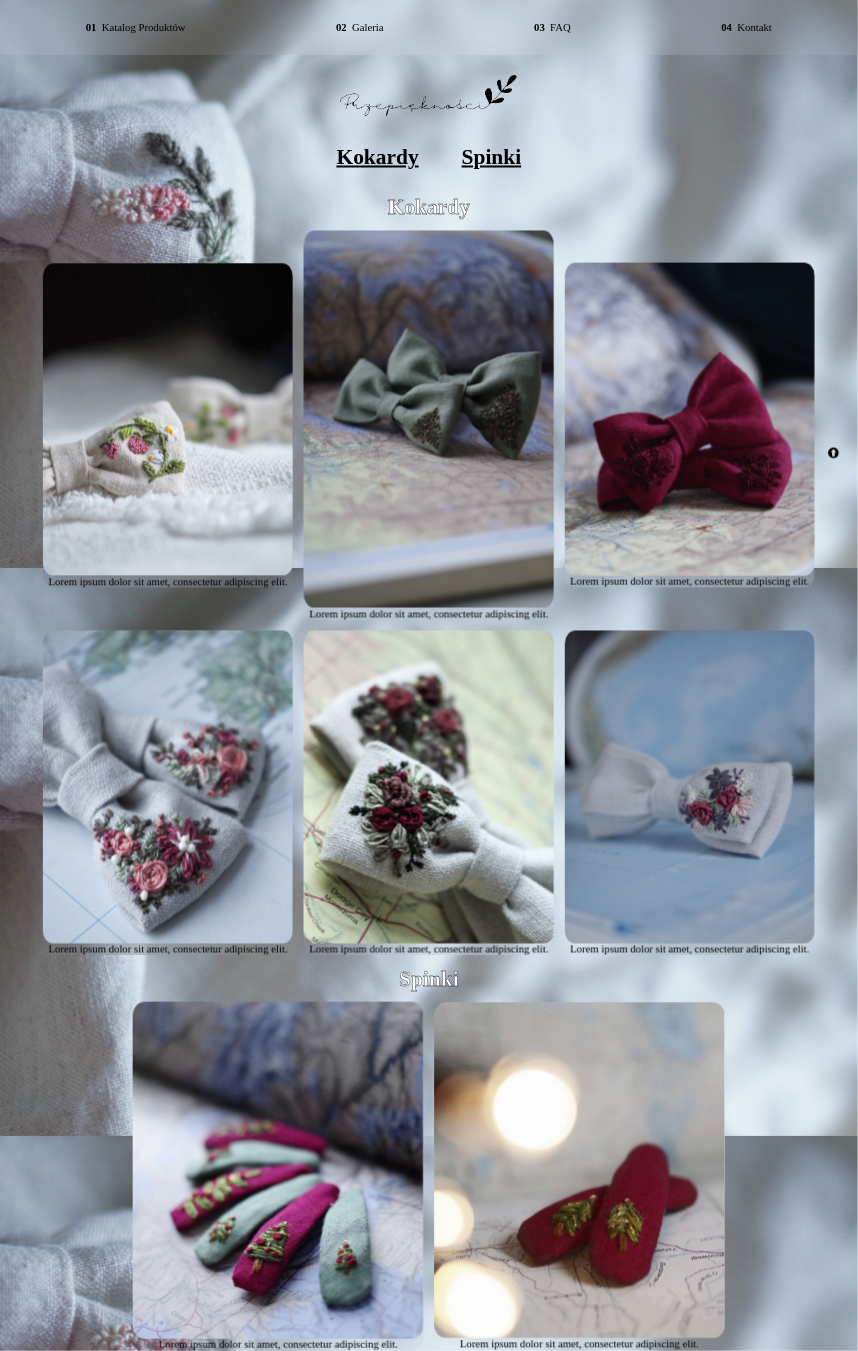
Repository: kowalkos/Rak_projekt
Page: /produkty
These files come from the project's save history. The page is drawn as it stood at one moment and after the next save; the edit follows.
The browser window is 1280 px wide. The pictures show the whole page, at 67% of full size.
Backgrounds fixed to the window are drawn as part of the page. The project was rebuilt for these pictures with package versions that can differ from the ones it lists, and the page was loaded fresh each time. Also part of the build but not shown: src/components/galeria/Galeria.js, src/components/main/Main.js, src/components/FAQ/Faq.js, src/components/about/About.js.

Above is the page before, as saved 2022-01-16 19:27:55.

After the next save:
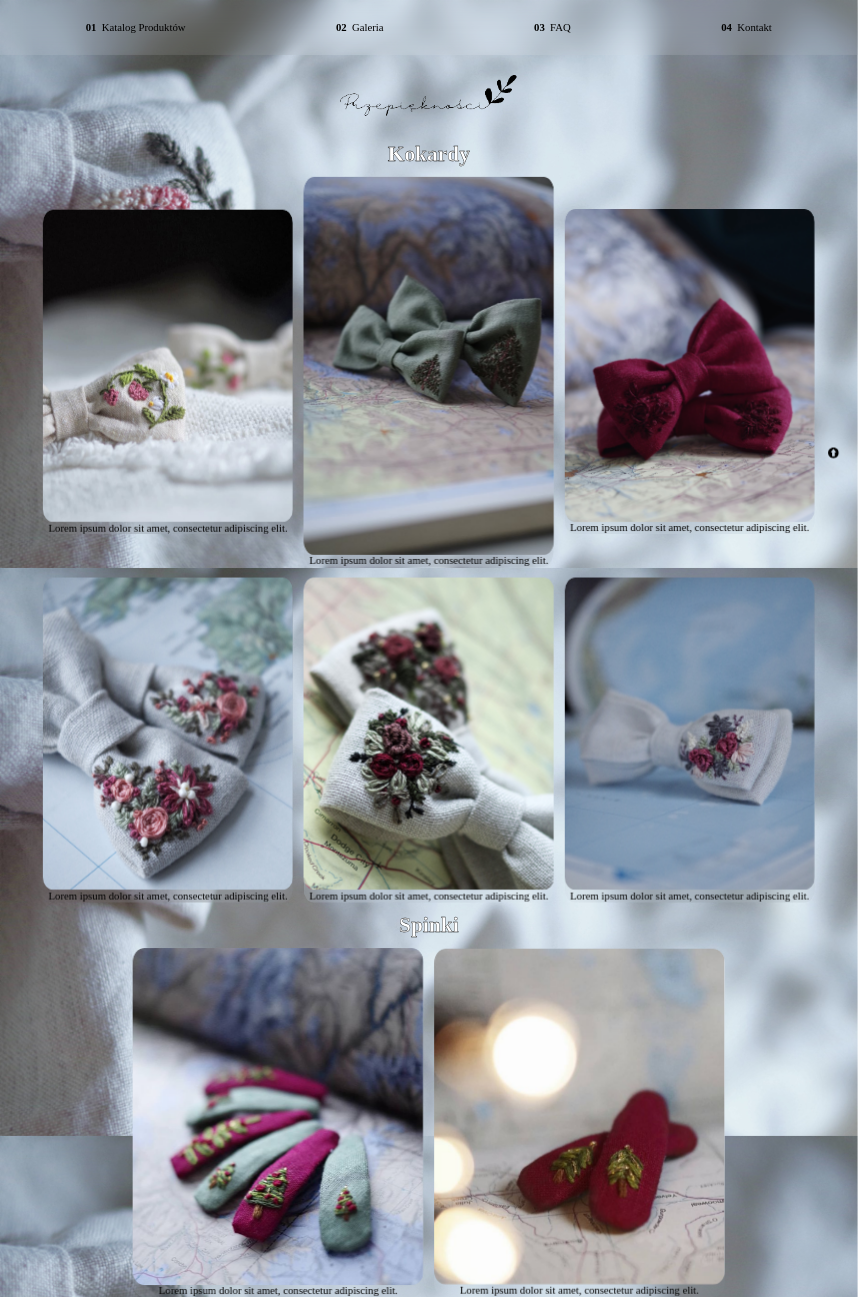
Saved 64 s later.
--- a/src/components/produkty/produkt.js
+++ b/src/components/produkty/produkt.js
@@ -11,14 +11,7 @@ function Produkt(props) {
 
 
     return <div className='wrapper'>
-        <div className='references'>
-            <a href='#kokardy'>
-                <h1 >Kokardy</h1>
-            </a>
-            <a href='#spinki'>
-                <h1 >Spinki</h1>
-            </a>
-        </div>
+
 
         <section id='kokardy'>
 
